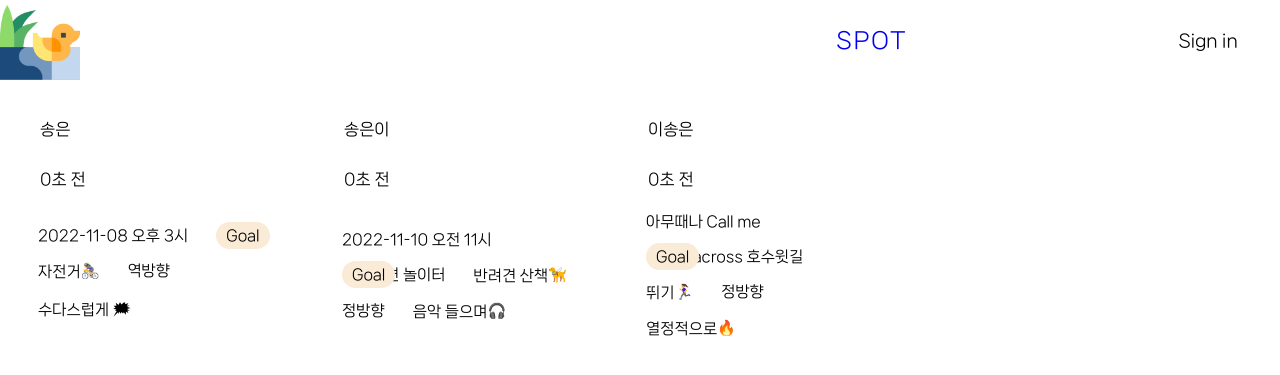
Repository: songeunleee/youngrangho
Page: /
An editor plug-in stored every save of this project. The page is shown before and after the next save, followed by the edit.
The browser window is 1280 px wide. The pictures show the whole page.
Some web libraries are served in a nearby version. The project was rebuilt for these pictures with package versions that can differ from the ones it lists, and the page was loaded fresh each time. Some packages were replaced by stand-ins written for this rebuild. Also part of the build but not shown: src/app.module.css, src/components/activity/activity.module.css, src/components/footer/footer.module.css, src/components/footer/footer.jsx, src/components/home/home.module.css, src/components/home/home.jsx, src/components/add_spot/add_spot.module.css, src/components/add_spot/add_spot.jsx and 6 more.

Above is the page before, as saved 2022-11-08 06:53:25.

### public/index.html
<!DOCTYPE html>
<html lang="en">
  <head>
    <meta charset="utf-8" />
    <script src="https://cdn.jsdelivr.net/npm/sweetalert2@10"></script>
    <script
      src="https://kit.fontawesome.com/7fb71a1d7b.js"
      crossorigin="anonymous"
    ></script>
    <link rel="icon" href="%PUBLIC_URL%/favicon.ico" />
    <meta name="viewport" content="width=device-width, initial-scale=1" />
    <meta name="theme-color" content="#000000" />
    <link rel="preconnect" href="https://fonts.googleapis.com" />
    <link rel="preconnect" href="https://fonts.gstatic.com" crossorigin />
    <link
      href="https://fonts.googleapis.com/css2?family=Noto+Sans+KR:wght@100;300;400&family=Noto+Serif+KR:wght@200;400&family=Varela+Round&display=swap"
      rel="stylesheet"
    />

    <meta
      name="description"
      content="Web site created using create-react-app"
    />
    <link rel="apple-touch-icon" href="%PUBLIC_URL%/logo192.png" />
    <!--
      manifest.json provides metadata used when your web app is installed on a
      user's mobile device or desktop. See https://developers.google.com/web/fundamentals/web-app-manifest/
    -->
    <link rel="manifest" href="%PUBLIC_URL%/manifest.json" />
    <!--
      Notice the use of %PUBLIC_URL% in the tags above.
      It will be replaced with the URL of the `public` folder during the build.
      Only files inside the `public` folder can be referenced from the HTML.

      Unlike "/favicon.ico" or "favicon.ico", "%PUBLIC_URL%/favicon.ico" will
      work correctly both with client-side routing and a non-root public URL.
      Learn how to configure a non-root public URL by running `npm run build`.
    -->
    <title>React App</title>
  </head>
  <body>
    <noscript>You need to enable JavaScript to run this app.</noscript>
    <div id="root"></div>
    <!--
      This HTML file is a template.
      If you open it directly in the browser, you will see an empty page.

      You can add webfonts, meta tags, or analytics to this file.
      The build step will place the bundled scripts into the <body> tag.

      To begin the development, run `npm start` or `yarn start`.
      To create a production bundle, use `npm run build` or `yarn build`.
    -->
  </body>
</html>

### src/index.js
import React from "react";
import ReactDOM from "react-dom/client";
import "./index.css";
import App from "./app";
import { firebaseApp } from "./service/firebase";
import AuthService from "./service/auth_service";
import FileUpload from "./service/file_upload";
import Repository from "./service/repositiry";

const repository = new Repository(firebaseApp);
const fileUpload = new FileUpload(firebaseApp);
const authService = new AuthService(firebaseApp);

const root = ReactDOM.createRoot(document.getElementById("root"));
root.render(
  <React.StrictMode>
    <App
      authService={authService}
      fileUpload={fileUpload}
      repository={repository}
    />
  </React.StrictMode>
);

### src/index.css
@font-face {
  font-family: "font1";
  src: url("../public/fonts/NanumSquareNeo-aLt.ttf") format("truetype");
  font-weight: normal;
}

@font-face {
  font-family: "font2";
  src: url("../public/fonts/NanumSquareNeo-bRg.ttf") format("truetype");
  font-weight: bold;
}

@font-face {
  font-family: "font3";
  src: url("../public/fonts/NanumSquareNeo-cBd.ttf") format("truetype");
  font-weight: bold;
}

@font-face {
  font-family: "font4";
  src: url("../public/fonts/NanumSquareNeo-eHv.ttf") format("truetype");
  font-weight: bold;
}
body {
  margin: 0;
  font-family: -apple-system, BlinkMacSystemFont, "Segoe UI", "Roboto", "Oxygen",
    "Ubuntu", "Cantarell", "Fira Sans", "Droid Sans", "Helvetica Neue",
    sans-serif;
  -webkit-font-smoothing: antialiased;
  -moz-osx-font-smoothing: grayscale;
  height: 100%;
}

code {
  font-family: source-code-pro, Menlo, Monaco, Consolas, "Courier New",
    monospace;
}
html {
}
#root {
  margin: 0;
  display: flex;
  flex-direction: column;
  height: 100%;
}

### src/app.jsx
import { useEffect, useState } from "react";
import { BrowserRouter, Route, Routes } from "react-router-dom";
import styles from "./app.module.css";
import Activity from "./components/activity/activity";
import Footer from "./components/footer/footer";
import Header from "./components/header/header";
import Home from "./components/home/home";
import Spot from "./components/spot/spot";

function App({ authService, fileUpload, repository }) {
  const [user, setUser] = useState(null);

  const getUser = (user) => {
    setUser(user);
  };

  useEffect(() => {
    authService.onAuthChange((user) => {
      if (user) {
        setUser(user);
      } else {
      }
    });
  }, [authService]);

  return (
    <>
      <BrowserRouter>
        <Header authService={authService} getUser={getUser} user={user} />
        <Routes>
          <Route
            path="/"
            element={<Activity authService={authService} user={user} />}
          />
          <Route
            path="/activity"
            element={<Activity authService={authService} user={user} />}
          />
          <Route
            path="/spot"
            element={
              <Spot
                authService={authService}
                user={user}
                fileUpload={fileUpload}
                repository={repository}
              />
            }
          />
        </Routes>
      </BrowserRouter>
    </>
  );
}

export default App;

### src/service/firebase.js
import { initializeApp } from "firebase/app";

const firebaseConfig = {
  apiKey: "AIzaSyA1QsOldBRNtAOG8_cfGoyHxB8PmdZT3xA",
  authDomain: "youngrangho-d9473.firebaseapp.com",
  projectId: "youngrangho-d9473",
  storageBucket: "youngrangho-d9473.appspot.com",
  messagingSenderId: "558891074778",
  appId: "1:558891074778:web:a513dfcb578ca1084111e3",
  measurementId: "G-VKW34V7D4J",
};

export const firebaseApp = initializeApp(firebaseConfig);

### src/service/auth_service.js
import {
  getAuth,
  signInWithPopup,
  GoogleAuthProvider,
  onAuthStateChanged,
} from "firebase/auth";
class AuthService {
  constructor() {
    this.auth = getAuth();
    this.provider = new GoogleAuthProvider();
  }
  signin() {
    return signInWithPopup(this.auth, this.provider);
  }

  signout() {
    const auth = getAuth();
    auth.signOut();
  }

  onAuthChange(onUserChanged) {
    const auth = getAuth();
    return onAuthStateChanged(auth, (user) => {
      onUserChanged(user);
    });
  }
}
export default AuthService;

### src/service/file_upload.js
import { getStorage, ref, uploadBytes, getDownloadURL } from "firebase/storage";

class FileUpload {
  constructor() {
    this.storage = getStorage();
  }

  async upload(file) {
    this.storageRef = ref(this.storage, `spot/${file.name}`);
    const img = await uploadBytes(this.storageRef, file);
    return getDownloadURL(ref(this.storage, img.ref.fullPath));
  }
}

export default FileUpload;

### src/service/repositiry.js
import {
  getDatabase,
  ref,
  set,
  remove,
  onValue,
  off,
  update,
} from "firebase/database";

class Repository {
  constructor() {
    this.db = getDatabase();
  }

  syncSpots(userId, onUpdate) {
    const query = ref(this.db, `spots`);
    onValue(query, (snapshot) => {
      const value = snapshot.val();
      value && onUpdate(value);
    });
    return () => off(query);
  }

  saveSpot(userId, spot) {
    set(ref(this.db, `spots/${spot.id}`), spot);
  }
  removeSpot(userId, spot) {
    const spotRef = ref(this.db, `spots/${spot.id}`);
    remove(spotRef);
  }
}
export default Repository;

### src/components/activity/activity.jsx
import { set } from "firebase/database";
import React from "react";
import { useState } from "react";
import { useEffect } from "react";
import { useLocation } from "react-router-dom";
import ActivityList from "../activity_list/activity_list";
import Header from "../header/header";
import styles from "./activity.module.css";

const Activity = ({ authService, user }) => {
  const [cards, setCards] = useState({
    1: {
      id: 1,
      author: "송은",
      createTime: Date.now(),
      appointment: "2022-11-08 오후 3시",
      mean: "자전거🚴‍♀️",
      course: "역방향",
      goal: "완주",
      mode: "수다스럽게 🗯",
    },
    2: {
      id: 2,
      author: "송은이",
      createTime: Date.now(),
      appointment: "2022-11-10 오전 11시",
      mean: "반려견 산책🦮",
      course: "정방향",
      goal: "반려견 놀이터",
      mode: "음악 들으며🎧",
    },
    3: {
      id: 3,
      author: "이송은",
      createTime: Date.now(),
      appointment: "아무때나 Call me",
      mean: "뛰기🏃‍♀️",
      course: "정방향",
      goal: "완주 across 호수윗길",
      mode: "열정적으로🔥",
    },
  });

  return <ActivityList cards={cards} />;
};
export default Activity;

### src/components/header/header.jsx
import React, { useEffect } from "react";
import { useState } from "react";
import { Link, useLocation } from "react-router-dom";
import styles from "./header.module.css";

const Header = ({ authService, getUser, user }) => {
  const location = useLocation().pathname;

  const isSpot = (location) => {
    return location === "/spot" ? true : false;
  };
  console.log(isSpot(location));
  const onSignin = () => {
    authService.signin().then((data) => getUser(data.user));
  };

  const onSignout = () => {
    authService.signout();
    getUser(null);
  };

  return (
    <header className={styles.header}>
      <Link
        className={`${styles.logolink} ${
          !isSpot(location) ? styles.activity : null
        } `}
        to={"/"}
      >
        <img className={styles.logo} src="./images/duck (1).png" alt="" />
      </Link>
      <Link
        className={`${styles.link} ${
          !isSpot(location) ? styles.activity : null
        }`}
        to={"/activity"}
      >
        ACTIVITY
      </Link>
      <Link
        className={`${styles.link} ${isSpot(location) ? styles.spot : null}`}
        to={"/spot"}
      >
        SPOT
      </Link>

      {user ? (
        <div className={styles.signIn}>
          <img className={styles.img} src={user.photoURL} alt="" />
          <p className={styles.name}>{user.displayName}</p>
          <button
            className={`${styles.button} ${styles.sign}`}
            onClick={onSignout}
          >
            Sign out
          </button>
        </div>
      ) : (
        <button className={`${styles.button}`} onClick={onSignin}>
          Sign in
        </button>
      )}
    </header>
  );
};

export default Header;

### src/components/activity_list/activity_list.jsx
import React from "react";
import ActivityItem from "../activity_item/activity_item";
import styles from "./activity_list.module.css";

const ActivityList = ({ cards, user }) => {
  return (
    <section className={styles.list}>
      {Object.keys(cards).map((key) => (
        <ActivityItem key={key} card={cards[key]} user={user} />
      ))}
    </section>
  );
};

export default ActivityList;

### src/components/header/header.module.css
@value mainBlue, mainLightBlue,sideBlue, textWhite from '../../common/colors.css';
@value mediaQuery from '../../common/size.css';

.header {
  display: flex;
  height: 5rem;
  align-items: center;
  position: relative;
}
.logolink {
  height: 100%;
}

.logolink.activity {
  background-color: white;
}
.logo {
  height: 100%;

  transition: all 150ms ease-in;
}

.logo:hover {
  background-color: mainBlue;
}
.link {
  height: 100%;
  display: flex;
  justify-content: center;
  align-items: center;
  flex: 0.8;
  text-decoration: none;
  color: mainBlue;
  font-size: 1.4rem;
  font-family: "font2";
  letter-spacing: 2px;
  font-weight: 500;
  text-align: center;
  transition: letter-spacing 150ms ease-in;
}

.link.spot {
  background-color: mainBlue;
  color: white;
}

.link.activity {
  background-color: mainBlue;
  color: white;
}

.signIn {
  flex: 0.4;
  display: flex;
  justify-content: center;
  align-items: center;
  padding-left: 0.5rem;
  padding-right: 0.5rem;
}

.img {
  border-radius: 50%;
  width: 50px;
  height: 50px;
}

.name {
  padding-left: 1rem;
  padding-right: 1rem;
  font-family: "font3";
  color: sideBlue;
}

.button.sign {
  flex: 0.6;
  width: 100%;
}

.button {
  font-size: 1.1rem;
  font-weight: 500;
  font-family: "font2";
  flex: 0.2;
  background: none;
  cursor: pointer;
  border: none;
  color: mainBlue;
  transition: letter-spacing 250ms ease-in;
}

.link:hover {
  letter-spacing: 0;
}

.button:hover {
  letter-spacing: 1px;
}

@media screen and (max-width: mediaQuery) {
  .name {
    display: none;
  }
  .img {
    display: none;
  }
  .logolink {
    display: none;
  }
}

### src/components/activity_item/activity_item.jsx
import React from "react";
import styles from "./activity_item.module.css";

const ActivityItem = ({ card }) => {
  const { id, author, createTime, appointment, mean, course, goal, mode } =
    card;

  const publishedAt = (publishedAt) => {
    const now = new Date();
    const time = new Date(publishedAt);

    const t = (now - time) / 1000;

    if (t < 60) return Math.floor(t) + "초 전";
    const tm = t / 60;
    if (tm < 60) return Math.floor(tm) + "분 전";
    const th = tm / 60;
    if (th < 24) return Math.floor(th) + "시간 전";
    const td = th / 24;
    if (td < 8) return Math.floor(td) + "일 전";
    const tw = td / 7;
    if (tw < 5) return Math.floor(tw) + "주 전";
    const tmon = td / 30;
    if (tw < 30) return Math.floor(tmon) + "달 전";
    const ty = td / 365;
    return Math.floor(ty) + "년 전";
  };

  return (
    <section className={styles.card}>
      <div className={styles.info}>
        <p className={styles.author}>{author}</p>
        <p className={styles.createTime}>{publishedAt(Date(createTime))}</p>
      </div>
      <div className={styles.contentBox}>
        <div className={styles.content}>
          {appointment && (
            <div className={`${styles.chip} ${styles.appointment}`}>
              {appointment}
              <i
                className={`fa-solid fa-circle-xmark ${styles.chipDelete}`}
              ></i>
            </div>
          )}

          {goal && (
            <div className={`${styles.chip} ${styles.goal}`}>
              <div className={styles.G}>Goal</div>
              {goal}
              <i
                className={`fa-solid fa-circle-xmark ${styles.chipDelete}`}
              ></i>
            </div>
          )}
          {mean && (
            <div className={`${styles.chip} ${styles.mean}`}>
              {mean}
              <i
                className={`fa-solid fa-circle-xmark ${styles.chipDelete}`}
              ></i>
            </div>
          )}
          {course && (
            <div className={`${styles.chip} ${styles.course}`}>
              {course}
              <i
                className={`fa-solid fa-circle-xmark ${styles.chipDelete}`}
              ></i>
            </div>
          )}
          {mode && (
            <div className={`${styles.chip} ${styles.mode}`}>
              {mode}
              <i
                className={`fa-solid fa-circle-xmark ${styles.chipDelete}`}
              ></i>
            </div>
          )}
        </div>
      </div>
    </section>
  );
};

export default ActivityItem;

### src/components/activity_list/activity_list.module.css
.list {
  display: flex;
  flex-wrap: wrap;
  margin-top: 0.5rem;
}

### src/components/activity_item/activity_item.module.css
@value mainBlue,mainLightBlue,sideBlue,textWhite from '../../common/colors.css';

* {
  font-family: font2;
}

.card {
  display: flex;
  flex-direction: column;
  border: 1px mainLightBlue solid;
  margin: 0.5rem 1rem;
  padding: 0.5rem 0.5rem;
  width: 20%;
  height: auto;
  border-radius: 18px;
}
.info {
}
.author {
  margin: 0;
  padding: 1rem;
}
.createTime {
  margin: 0.5rem;
  padding: 0.5rem;
  border-bottom: 1px dashed mainBlue;
}

.contentBox {
  display: flex;
  flex: 1;
  align-items: center;
}
.content {
  display: flex;
  flex-wrap: wrap;
}
.chip {
  height: max-content;
  font-size: 15px;
  flex-wrap: nowrap;
  background-color: mainLightBlue;
  width: fit-content;
  border-radius: 18px;
  padding: 5px 10px;
  margin: 0.25rem 0.25rem;
  display: flex;
  align-items: center;
  cursor: pointer;
  transition: transform 200ms ease-in;
}

.chip.appointment {
  background-color: mainBlue;
}

.chip.goal::before {
  content: "\00a0\00a0\00a0\00a0";
}

.chop.goal {
  display: flex;
}

.G {
  position: absolute;
  background-color: antiquewhite;
  border-radius: 18px;
  padding: 5px 10px;

  position: ;
}

.chip:hover {
  transform: ;
}
.chipDelete {
  display: none;
  color: rgb(255, 255, 255);
  margin-left: 0.3rem;
  opacity: 0.9;
  border: none;
}

After the next save:
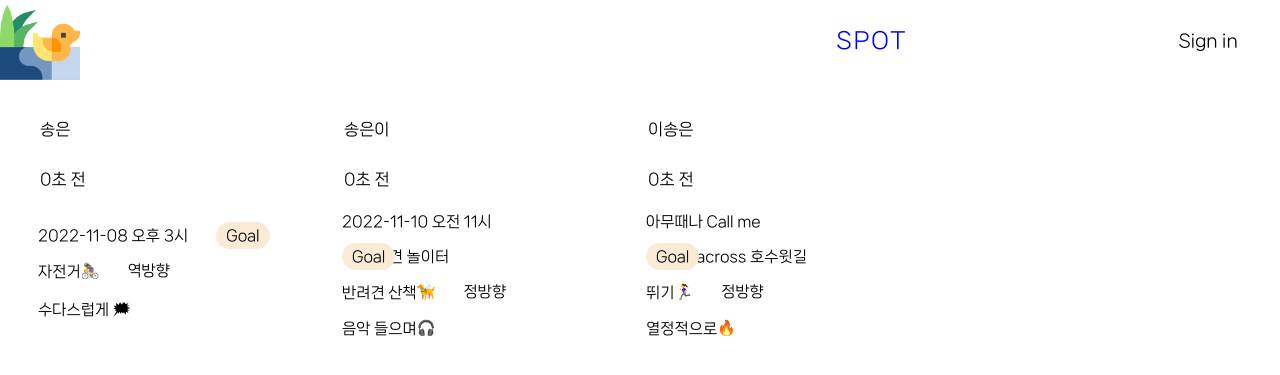
Saved 6 s later.
--- a/src/components/activity_item/activity_item.module.css
+++ b/src/components/activity_item/activity_item.module.css
@@ -55,7 +55,7 @@
 }
 
 .chip.goal::before {
-  content: "\00a0\00a0\00a0\00a0";
+  content: "\00a0\00a0\00a0\00a0\00a0";
 }
 
 .chop.goal {
